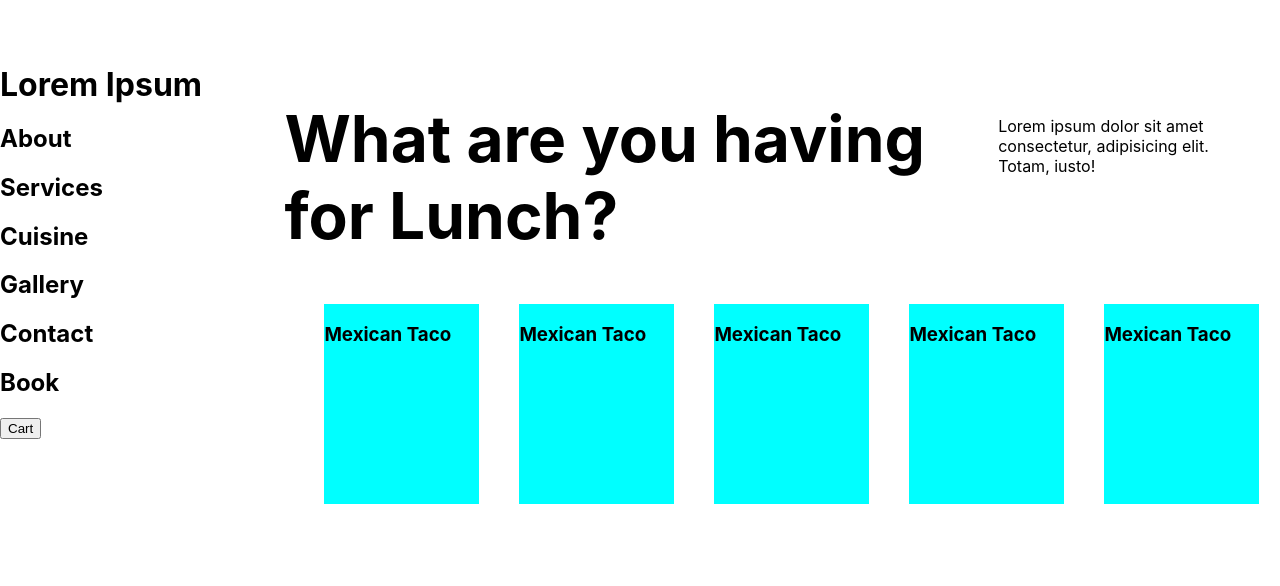
Repository: Marlstergo/assignment2
Page: /
These files come from the project's save history. The page is drawn as it stood at one moment and after the next save; the edit follows.
The browser window is 1280 px wide. The pictures show the whole page.
The project was rebuilt for these pictures with package versions that can differ from the ones it lists, and the page was loaded fresh each time.

Above is the page before, as saved 2021-07-27 02:06:56.

After the next save:
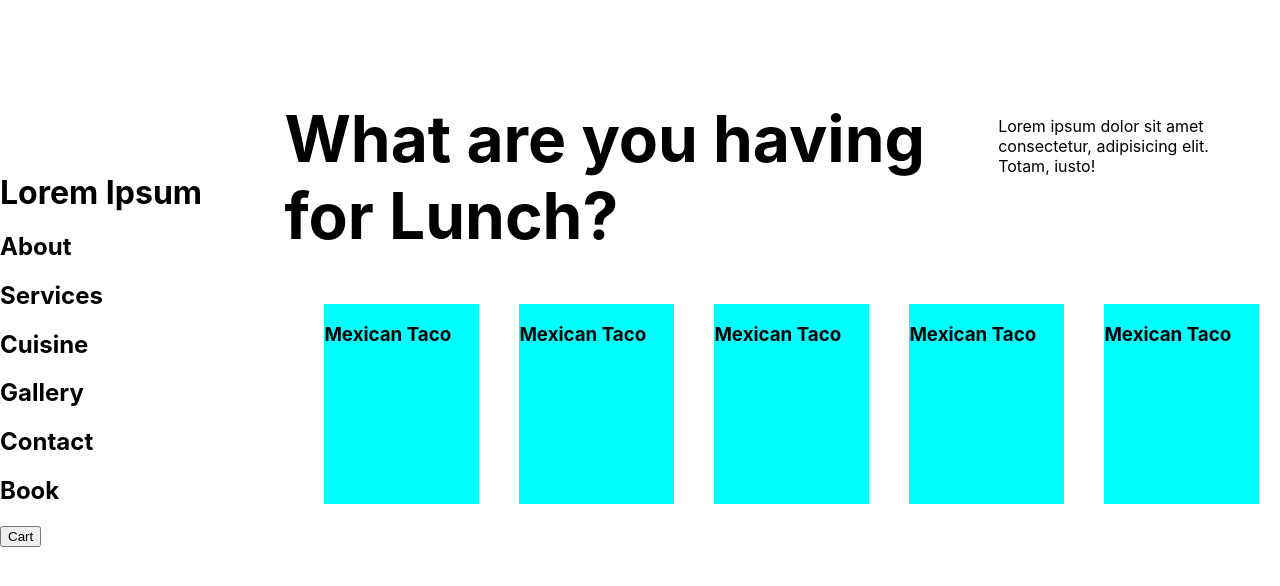
Saved 26 s later.
--- a/src/App.css
+++ b/src/App.css
@@ -43,6 +43,7 @@
 .full {
   display: grid;
   grid-template-columns: repeat(9, minmax(0, 1fr));
+  height: 100%;
 }
 
 .sidebar {
